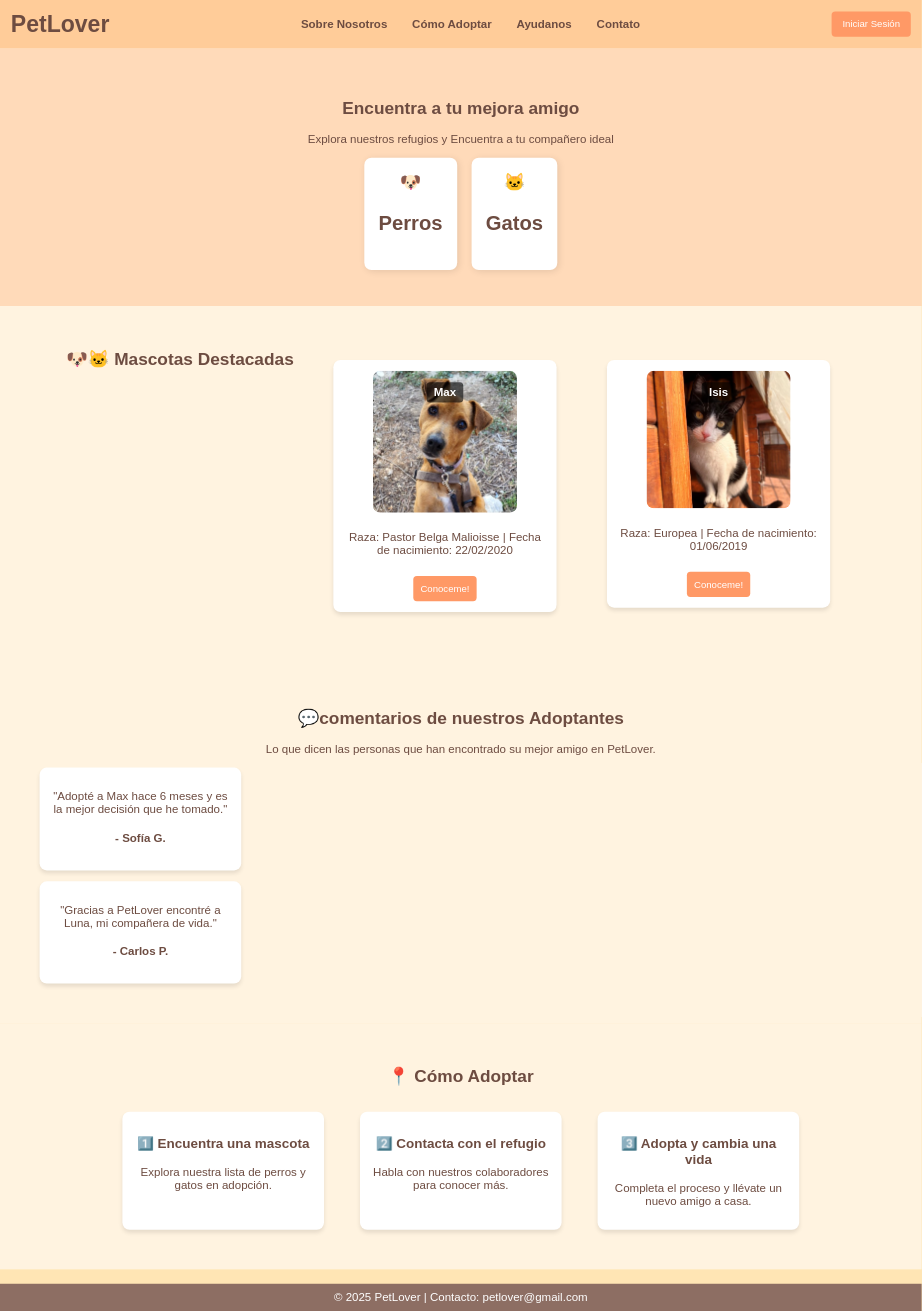
Repository: adriarodrisan/PetLover
Page: Paginas_web/Home_Petlover.html
These files come from the project's save history. The page is drawn as it stood at one moment and after the next save; the edit follows.
The browser window is 1280 px wide. The pictures show the whole page, at 72% of full size.

Above is the page before, as saved 2025-02-17 18:42:59.

### Paginas_web/Home_Petlover.html
<!DOCTYPE html>
<html lang="es">
<head>
    <meta charset="UTF-8">
    <meta name="viewport" content="width=device-width, initial-scale=1.0">
    <title>PetLover home - Adopción de Mascotas </title>
    <link rel="stylesheet" href="/Css_Paginas/Home_Petlover.css">
</head>
<body>
    <header>
        <div class="logo-contenedor">
            <h1> PetLover</h1>
        </div>
<!-- 🎥 Nuestros apartados de informacion, enlaces y boton de inicio de sesión -->
        <nav>
            <a href="#AboutUs">Sobre Nosotros</a>
            <a href="#Adopcion">Cómo Adoptar</a>
            <a href="#Ayudas">Ayudanos</a>
            <a href="#Contactos">Contato</a>
        </nav>
        <button class="boton-autenticacion"> Iniciar Sesión </button>
    </header>
 <!-- 🎥 Separacion entre gato y perro  -->
    <section class= "seccion-principal">
        <h2>Encuentra a tu mejora amigo</h2>
        <p>Explora nuestros refugios y Encuentra a tu compañero ideal</p>
        <div class="contenedor-categorias">
            <a href="perros.html" class="tarjeta-categoria">🐶 <h3>Perros</h3></a>
            <a href="gatos.html" class="tarjeta-categoria">🐱 <h3>Gatos</h3></a>
        </div>
    </section>
<!-- 🐾 Sección de Perros y Gatos Destacados con grandes necesidades! -->
<!-- 🐾 Sección de Perros -->
    <section class="seccion-destacados">
        <h2 class="titulo-destacados">🐶🐱 Mascotas Destacadas</h2>
        <div class="contenedor-destacados">
            <div class="tarjeta-mascota">
                <h4>Max</h4>
                <img src="/nerea.png" alt="Perro en adopción">
                <p>Raza: Pastor Belga Malioisse | Fecha de nacimiento: 22/02/2020</p>
                <button> Conoceme! </button>
            </div>
<!-- 🐾 Sección de Gatos -->
            <div class="tarjeta-mascota">
                <h4>Isis</h4>
                <img src="/isis.png" alt="Gato en adopción">
                <p> Raza: Europea | Fecha de nacimiento: 01/06/2019</p>
                <button>Conoceme! </button>
            </div>
        </div>
    </section>
<!-- 🐾 Sección de comentarios de Adoptantes (en preparación) -->
    <section class=" seccion-testimonios">
        <h2>💬comentarios de nuestros Adoptantes </h2>
        <p>Lo que dicen las personas que han encontrado su mejor amigo en PetLover.</p>
        <div class="tarjeta-testimonio">
            <p>"Adopté a Max hace 6 meses y es la mejor decisión que he tomado."</p>
            <h4>- Sofía G.</h4>
        </div>
        <div class="tarjeta-testimonio">
            <p>"Gracias a PetLover encontré a Luna, mi compañera de vida."</p>
            <h4>- Carlos P.</h4>
        </div>
    </section>
        <!-- 📍 Cómo Adoptar -->
    <section class="seccion-adopcion">
        <h2>📍 Cómo Adoptar</h2>
        <div class="contenedor-pasos">
            <div class="paso">
                    <h3>1️⃣ Encuentra una mascota</h3>
                    <p>Explora nuestra lista de perros y gatos en adopción.</p>
                </div>
                <div class="paso">
                    <h3>2️⃣ Contacta con el refugio</h3>
                    <p>Habla con nuestros colaboradores para conocer más.</p>
                </div>
                <div class="paso">
                    <h3>3️⃣ Adopta y cambia una vida</h3>
                    <p>Completa el proceso y llévate un nuevo amigo a casa.</p>
                </div>
            </div>
    </section>
        <footer class="pie-pagina">
            © 2025 PetLover | Contacto: petlover@gmail.com
        </footer>
</body>
</html>

### Css_Paginas/Home_Petlover.css
body{
    font-family: 'Arial', sans-serif;
    background-color: #ffe5b4;
    color: #6d4c41;
    margin: 0;
    text-align: center;
}
header{
    background-color: #FFCC99;
    padding: 15px;
    display: flex;
    justify-content: space-between;
    align-items: center;
}
.logo-contenedor h1{
    margin: 0;
}
nav a{
    text-decoration: none;
    color: #6d4c41;
    font-weight: bold;
    margin:0 15px;
}
.boton-autenticacion{
    background-color: #FF9966;
    border:none ;
    color: white;
    padding: 10px 15px;
    border-radius: 5px;
    cursor: pointer;
}
.boton-autenticacion:hover{
    background-color: #FF7043;
}
.seccion-principal{
    background-color: #ffdab9;
    padding: 50px 20px;
}

.contenedor-categorias{
    display: flex;
    justify-content: center;
    gap: 20px;

}
.tarjeta-categoria{
    text-decoration: none;
    background: white;
    padding: 20px;
    border-radius: 10px;
    color: #6d4c41;
    font-size: 1.5rem;
    box-shadow: 2px 2px 10px rgba(0, 0, 0, 0.1);
    transition: transform 0.2s ease-in-out;
}
.tarjeta-categoria:hover{
    transform: scale(1.1);
}
.seccion-destacados, .seccion-testimonios, .seccion-adopcion {
    padding: 40px;
    background-color: #FFF3E0;
}
.seccion-destacados, .contenedor-pasos{
    display: flex;
    justify-content: center;
    gap: 20px;
    flex-wrap: wrap;

}
.tarjeta-mascota, .tarjeta-testimonio, .paso{
    background-color: white;
    border-radius: 10px;
    padding: 15px;
    margin :15px;
    box-shadow: 0px 4px 6px rgba(0, 0, 0, 0.1);
    text-align: center;
    width: 250px;
}
.tarjeta-mascota img {
    width: 100%;
    max-width: 200px;
    object-fit: cover;
    border-radius: 10px;
}
.tarjeta-mascota button{
    background-color: #FF9966;
    border: none;
    color: white;
    padding:10px;
    border-radius: 5px;
    cursor:pointer;
}
.tarjeta-mascota button:hover {
    background-color: #FF7043;
}
.pie-pagina {
    background-color: #8D6E63;
    color: white;
    padding: 10px;
    margin-top: 20px;
}
.contenedor-destacados {
    display: flex;
    justify-content: center;
    align-items:flex-start ;
    flex-wrap: wrap;
    gap: 40px;
    padding: 20px;
}
.tarjeta-mascota {
    background-color: white;
    border-radius: 10px;
    padding: 15px;
    box-shadow: 0px 4px 6px rgba(0, 0, 0, 0.1);
    text-align: center;
    width: 280px;
    display: flex;
    flex-direction: column;
    align-items: center;
    gap: 10px;
}
.tarjeta-mascota {
    position: relative;
    overflow: hidden;
}
.tarjeta-mascota h4 {
    position: absolute;
    top: 10px;
    left: 50%;
    transform: translateX(-50%);
    background: rgba(0, 0, 0, 0.6);
    color: white;
    padding: 5px 10px;
    border-radius: 5px;
    font-size: 1rem;
}
.titulo-destacados {
    text-align: center;
    font-size: 24px;
    font-weight: bold;
    margin-bottom: 20px;
}

After the next save:
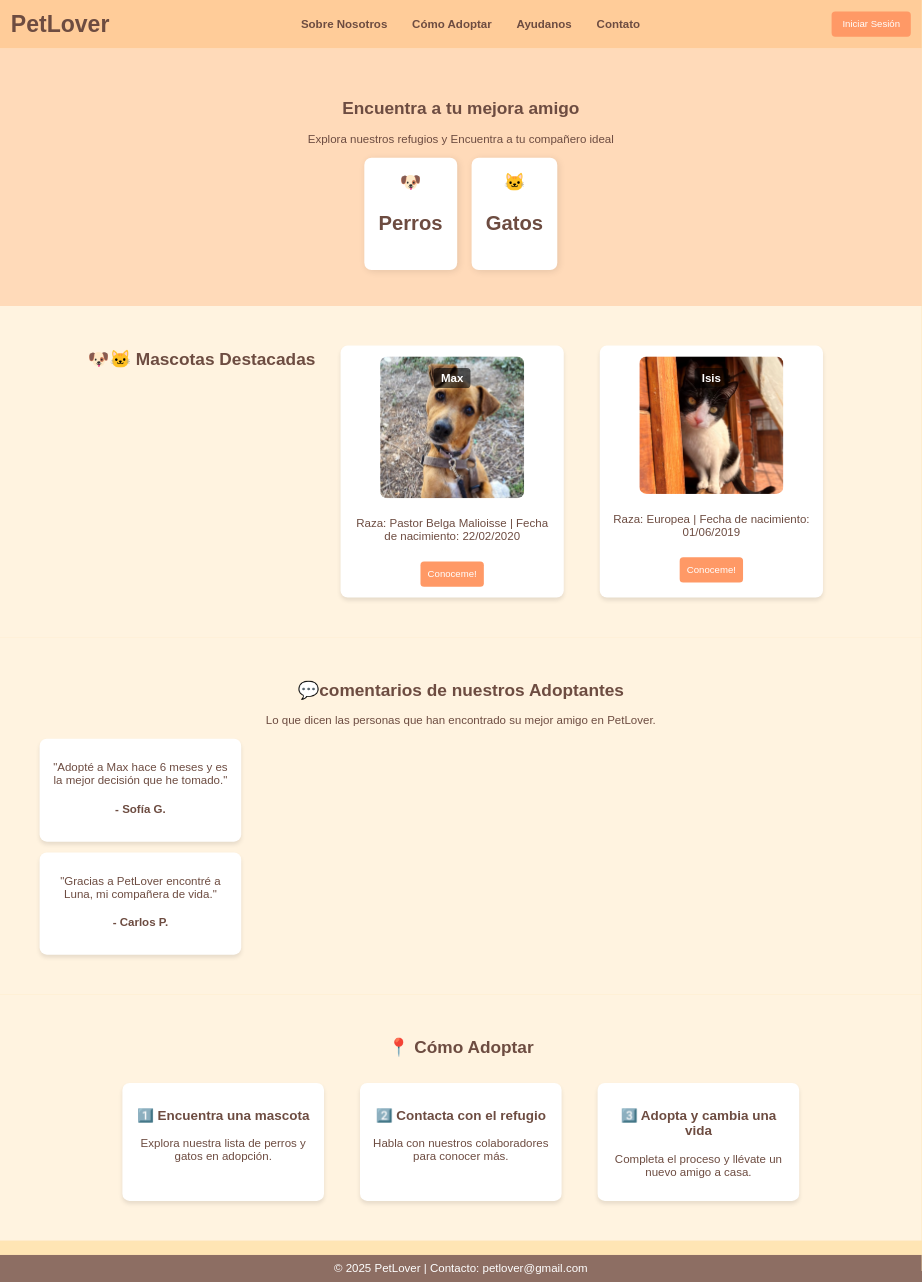
Saved 31 s later.
--- a/Css_Paginas/Home_Petlover.css
+++ b/Css_Paginas/Home_Petlover.css
@@ -102,10 +102,8 @@
 .contenedor-destacados {
     display: flex;
     justify-content: center;
-    align-items:flex-start ;
+    gap: 20px;
     flex-wrap: wrap;
-    gap: 40px;
-    padding: 20px;
 }
 .tarjeta-mascota {
     background-color: white;
